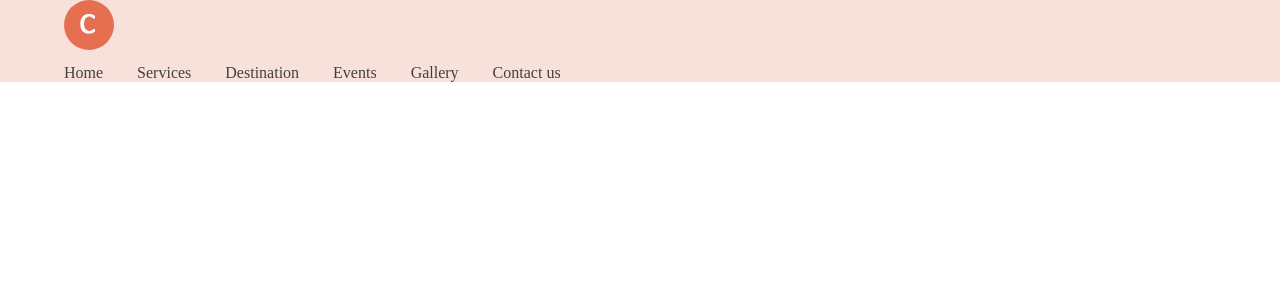
Repository: giahuy405/BC38_Camping_Pham_Gia_Huy
Page: index.html
An editor plug-in stored every save of this project. The page is shown before and after the next save, followed by the edit.
The browser window is 1280 px wide. The pictures show the whole page.

Above is the page before, as saved 2022-09-13 18:49:37.

After the next save:
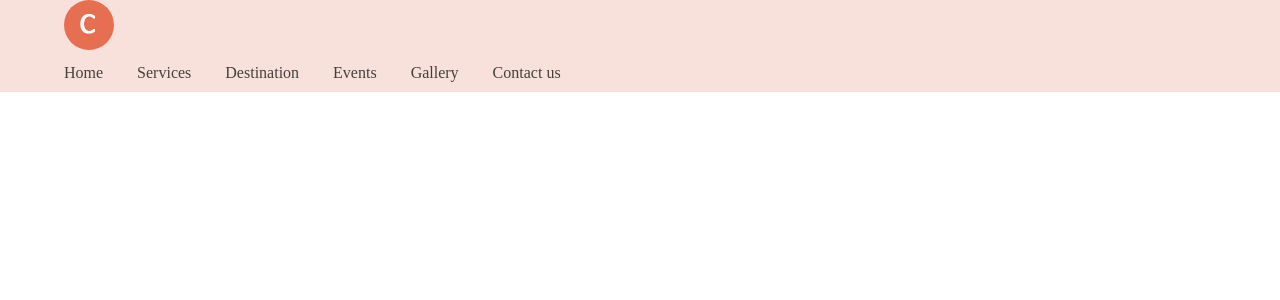
Saved 6 s later.
--- a/css/index.css
+++ b/css/index.css
@@ -12,7 +12,7 @@
 }
 nav{
     margin-top: 10px;
-    margin-bottom: 10px;
+    padding-bottom: 10px;
 }
 nav ul{
     list-style: none;
